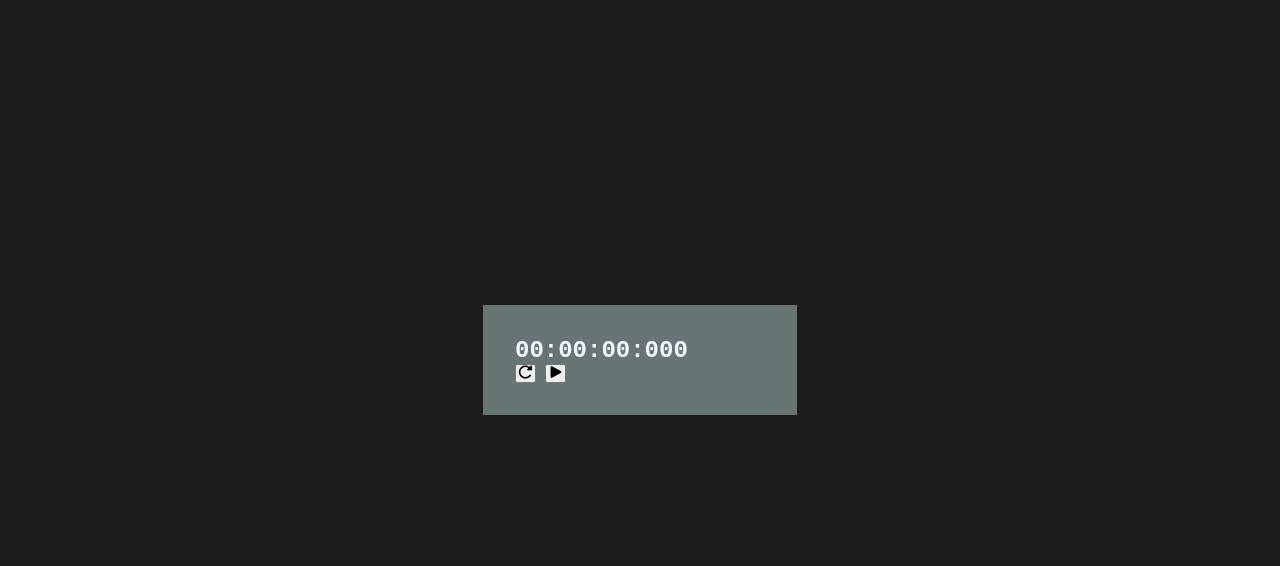
Repository: ValdemarCaculo/TEMPORIZADOR
Page: index.html
The author's editor kept a copy of each file at every save. The page is drawn from the files as they stood at one save, then again after a run of saves.
The browser window is 1280 px wide. The pictures show the whole page.
Some web libraries are served in a nearby version.

Above is the page before, as saved 2025-12-06 14:26:34.

After the next 3 saves:
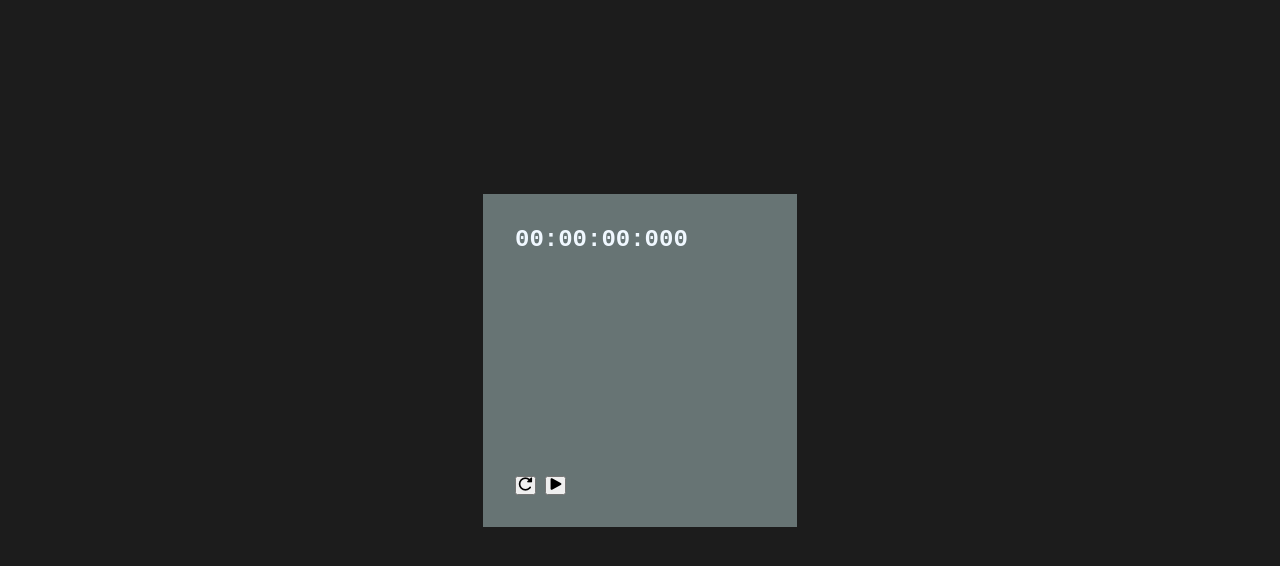
The 3 saves are shown as one change because they came seconds apart.
The last was saved 10 s later.
--- a/CSS/style.css
+++ b/CSS/style.css
@@ -23,5 +23,5 @@ body {
 #time {
     background-color: #677474;
     width:250px;
-    height: auto;
+    height: 250px;
 }
